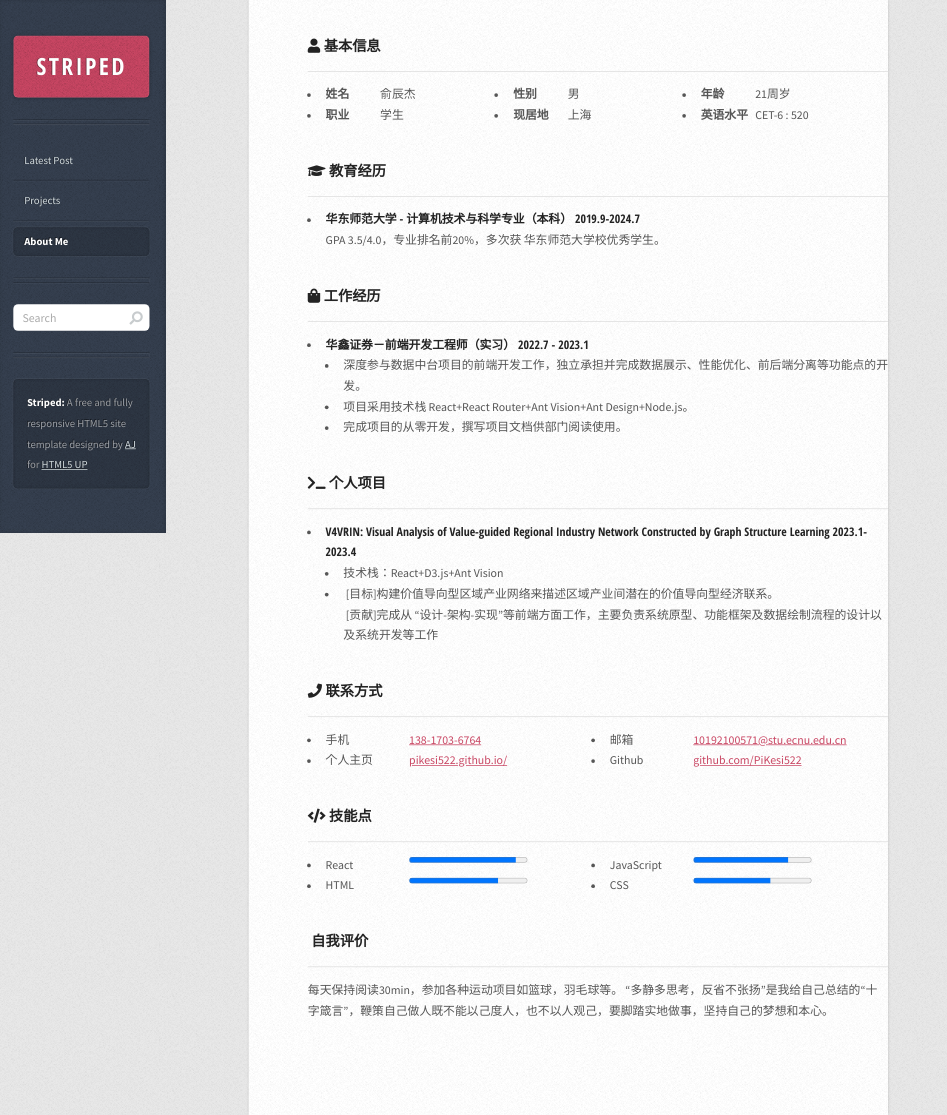
Repository: PiKesi522/PiKesi522.github.io
Page: about.html
The author's editor kept a copy of each file at every save. The page is drawn from the files as they stood at one save, then again after the next save.
The browser window is 1280 px wide. The pictures show the whole page, at 74% of full size.

Above is the page before, as saved 2023-04-10 19:23:04.

After the next save:
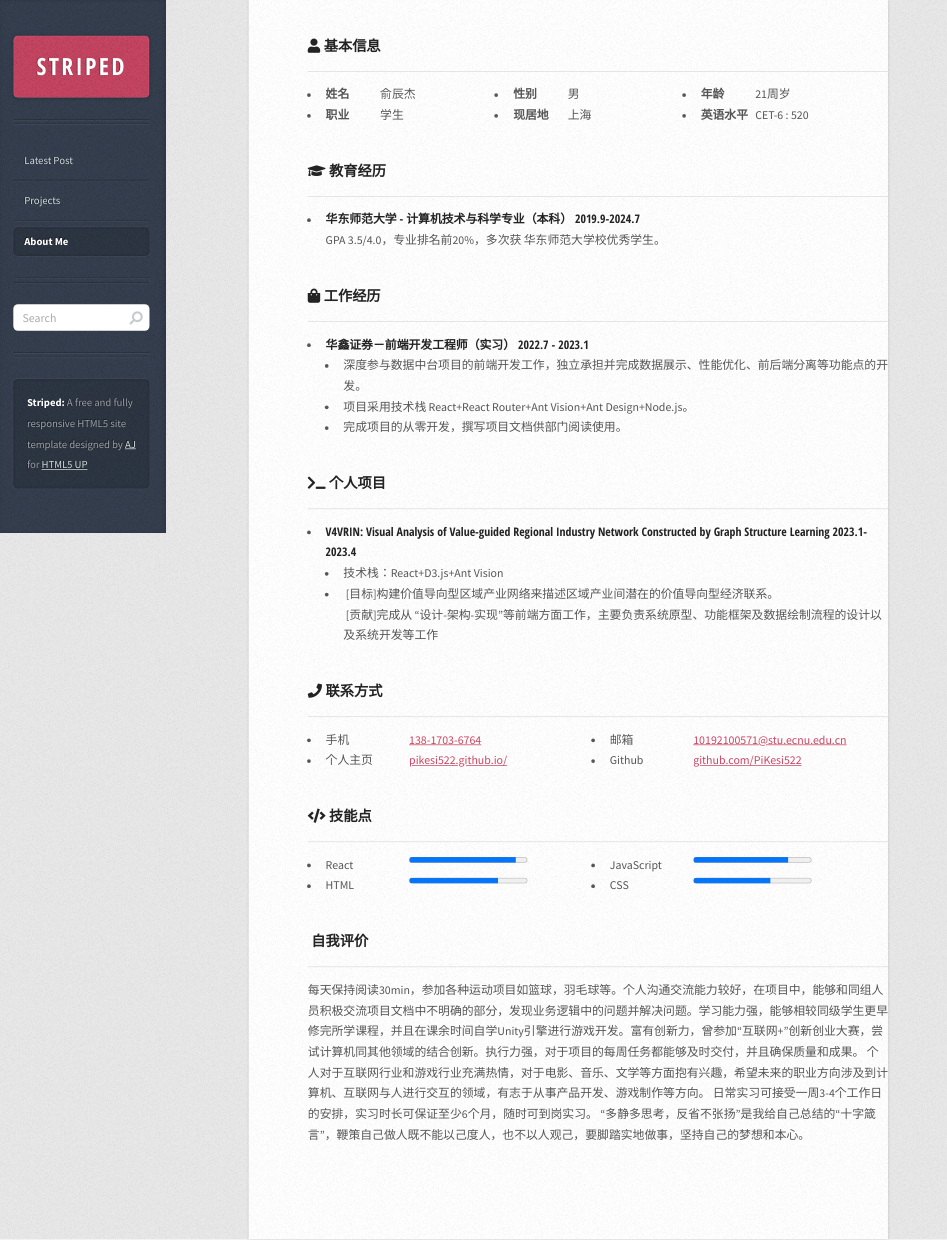
Saved 26 s later.
--- a/about.html
+++ b/about.html
@@ -391,9 +391,11 @@
                             <i class="fa fa-pencil" aria-hidden="true"></i> 自我评价
                         </h2>
                         <hr />
-                        <p>每天保持阅读30min，参加各种运动项目如篮球，羽毛球等。
-                            <span
-                                class="mark-txt">“多静多思考，反省不张扬”</span>是我给自己总结的“十字箴言”，鞭策自己做人既不能以己度人，也不以人观己，要脚踏实地做事，坚持自己的梦想和本心。
+                        <p>每天保持阅读30min，参加各种运动项目如篮球，羽毛球等。个人沟通交流能力较好，在项目中，能够和同组人员积极交流项目文档中不明确的部分，发现业务逻辑中的问题并解决问题。学习能力强，能够相较同级学生更早修完所学课程，并且在课余时间自学Unity引擎进行游戏开发。富有创新力，曾参加“互联网+”创新创业大赛，尝试计算机同其他领域的结合创新。执行力强，对于项目的每周任务都能够及时交付，并且确保质量和成果。
+                            个人对于互联网行业和游戏行业充满热情，对于电影、音乐、文学等方面抱有兴趣，希望未来的职业方向涉及到计算机、互联网与人进行交互的领域，有志于从事产品开发、游戏制作等方向。
+                            日常实习可接受一周3-4个工作日的安排，实习时长可保证至少6个月，随时可到岗实习。
+
+                            <span class="mark-txt">“多静多思考，反省不张扬”</span>是我给自己总结的“十字箴言”，鞭策自己做人既不能以己度人，也不以人观己，要脚踏实地做事，坚持自己的梦想和本心。
                         </p>
                     </section>
                 </section>
